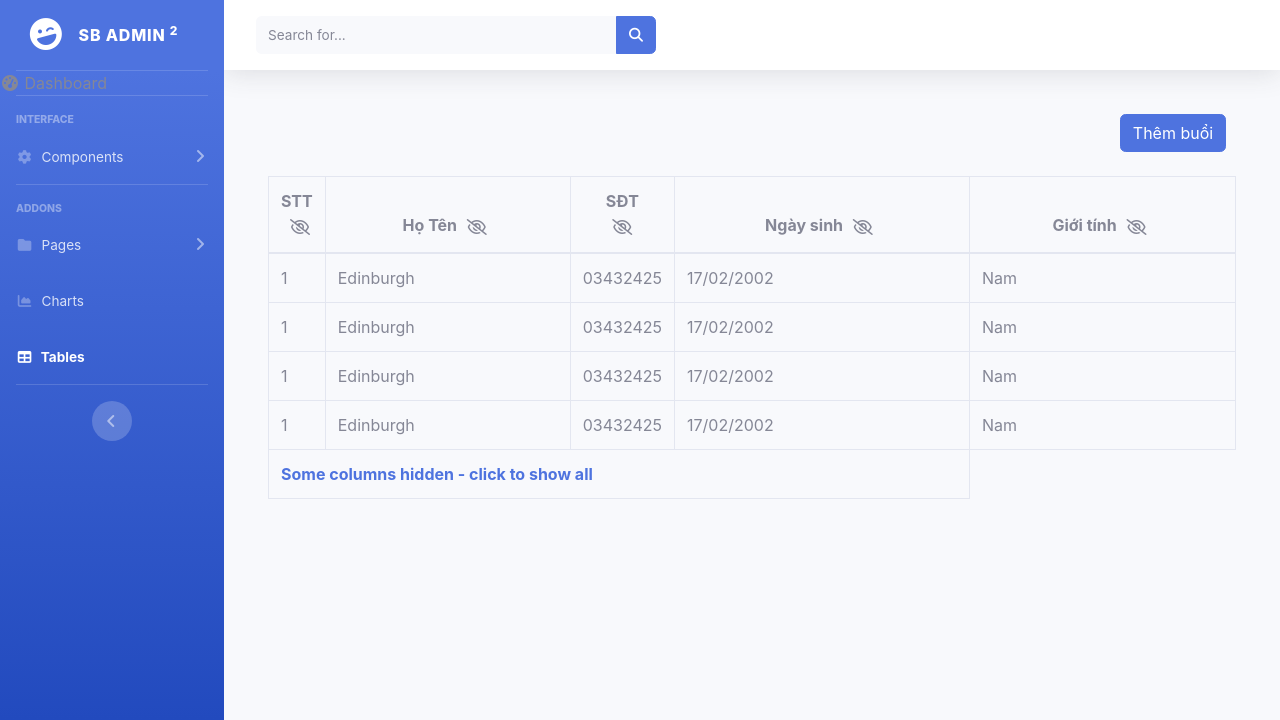
Repository: huyennvo/WebCiTEdu
Page: index.html
These files come from the project's save history. The page is drawn as it stood at one moment and after the next save; the edit follows.
The browser window is 1280 px wide. The pictures show the whole page.
Some web libraries are served in a nearby version.

Above is the page before, as saved 2022-07-30 09:48:15.

After the next save:
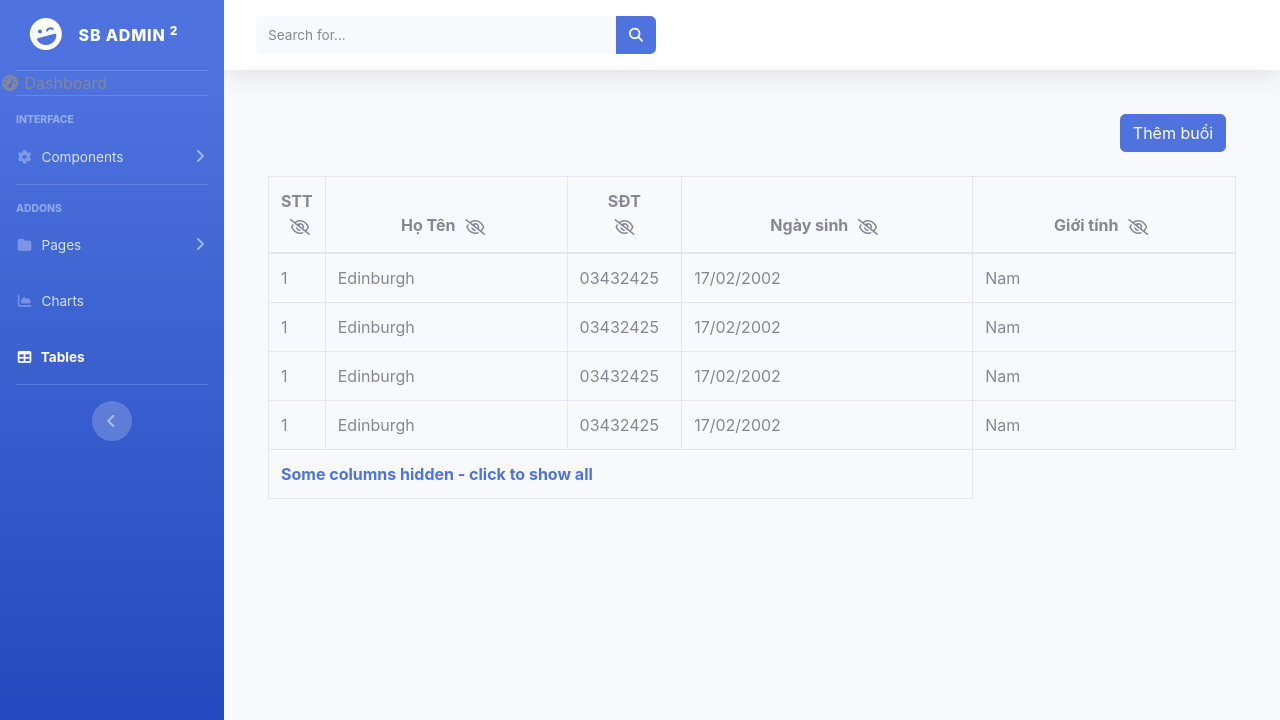
Saved 29 s later.
--- a/index.html
+++ b/index.html
@@ -212,7 +212,7 @@ crossorigin="anonymous"
                                         </th class="hide-col">
                                         <th>
                                             SĐT
-                                            <button style="width: 5vw" class="pull-right btn btn-default btn-condensed hide-column" data-toggle="tooltip" data-placement="bottom" title="Ẩn cột">
+                                            <button style="width: 7vw" class="pull-right btn btn-default btn-condensed hide-column" data-toggle="tooltip" data-placement="bottom" title="Ẩn cột">
           <i class="fa fa-eye-slash"></i>
         </button>
                                         </th>
@@ -239,28 +239,28 @@ crossorigin="anonymous"
                                     <tr id="row2">
                                         <td style="width:2vw; text-align: centre">1</td>
                                         <td>Edinburgh</td>
-                                        <td style="width: 5vw">03432425</td>
+                                        <td style="width: 7vw">03432425</td>
                                         <td>17/02/2002</td>
                                         <td>Nam</td>
                                     </tr>
                                     <tr id="row3">
                                         <td style="width:3vw; text-align: centre">1</td>
                                         <td>Edinburgh</td>
-                                        <td style="width: 5vw">03432425</td>
+                                        <td style="width: 7vw">03432425</td>
                                         <td>17/02/2002</td>
                                         <td>Nam</td>
                                     </tr>
                                     <tr id="row4">
                                         <td style="width:2vw; text-align: centre">1</td>
                                         <td>Edinburgh</td>
-                                        <td style="width: 5vw" >03432425</td>
+                                        <td style="width: 7vw" >03432425</td>
                                         <td>17/02/2002</td>
                                         <td>Nam</td>
                                     </tr>
                                     <tr id="row5">
                                         <td style="width:2vw; text-align: centre">1</td>
                                         <td>Edinburgh</td>
-                                        <td style="width: 5vw">03432425</td>
+                                        <td style="width: 7vw">03432425</td>
                                         <td>17/02/2002</td>
                                         <td>Nam</td>
                                     </tr>
